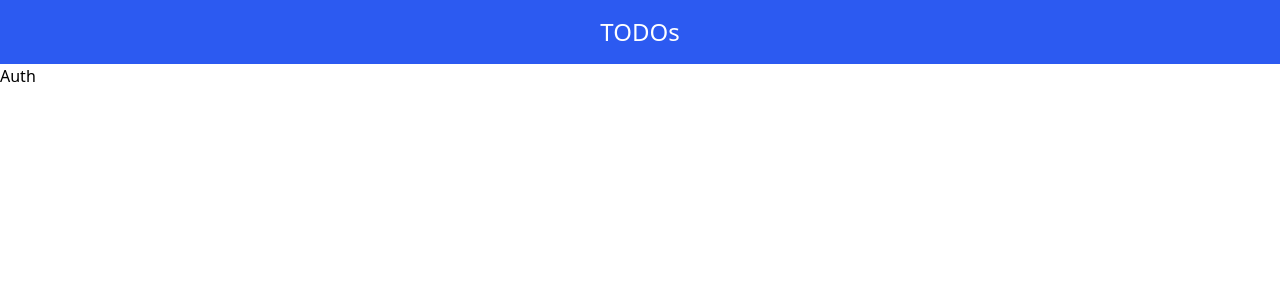
Repository: Jay-JYKim91/wanted-pre-onboarding-challenge-fe-1
Page: /auth
The author's editor kept a copy of each file at every save. The page is drawn from the files as they stood at one save, then again after the next save.
The browser window is 1280 px wide. The pictures show the whole page.
The project was rebuilt for these pictures with package versions that can differ from the ones it lists, and the page was loaded fresh each time.

Above is the page before, as saved 2022-07-29 19:43:24.

After the next save:
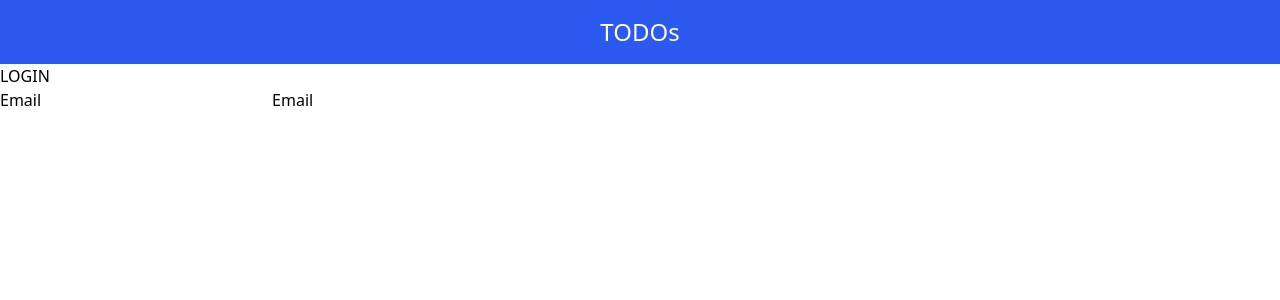
Saved 3 min 23 s later.
--- a/src/page/Auth.tsx
+++ b/src/page/Auth.tsx
@@ -3,7 +3,15 @@ import React from "react"
 function Auth() {
   return (
     <div>
-      <p>Auth</p>
+      <div>
+        <h1>LOGIN</h1>
+        <form>
+          <label htmlFor="emailForLogin">Email</label>
+          <input type="email" id="emailForLogin" />
+          <label htmlFor="passwordForLogin">Email</label>
+          <input type="password" id="passwordForLogin" />
+        </form>
+      </div>
     </div>
   )
 }
